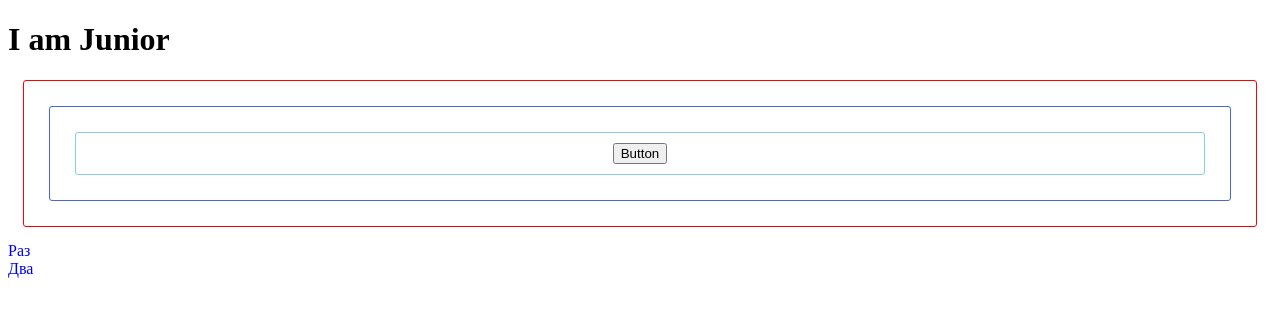
Repository: Fin433/project0422
Page: index.html
An editor plug-in stored every save of this project. The page is shown before and after the next save, followed by the edit.
The browser window is 1280 px wide. The pictures show the whole page.

Above is the page before, as saved 2022-04-10 13:16:24.
Console error: SyntaxError: Identifier 'x' has already been declared

### index.html
<!DOCTYPE html>
<html lang="en">
<head>
	<meta charset="UTF-8">
	<meta http-equiv="X-UA-Compatible" content="IE=edge">
	<meta name="viewport" content="width=device-width, initial-scale=1.0">
	<title>Junior</title>
</head>
<body>
<h1>I am Junior</h1>

<!-- <div class="grandparent">
	<div class="parent">
			<div class="child">1</div>
	</div>
</div> -->

<div onclick="clickFunc(event)" style="text-align: center; margin: 15px;
border: 1px solid red; border-radius: 3px;">
    <div style="margin: 25px; border: 1px solid royalblue; border-radius: 3px;">
        <div style="margin: 25px; border: 1px solid skyblue; border-radius: 3px;">
            <button style="margin: 10px">
                Button
            </button>
        </div>
    </div>
</div>

<style>
	.green { color: green; }
	.blue { color: blue; }
	</style>
	<div class="green blue">Раз</div>
	<div class="blue green">Два</div>
</body>
<script src="/index.js"></script>
</html>

### index.js
function b(x, y, a) {
  arguments[2] = 10;
  alert(a);
}
// b(1, 2, 3); // 10

console.log(false == undefined); // false
console.log(false == null);  // false
console.log(null == undefined);  // true
// Пояснение: == сравнивает на равенство и не проверяет идентичность типов, поэтому в третьей строке кода в консоль будет выведено значение true.
const numbers = [1, 2, 3, 4, 5];
const [y] = numbers;
console.log(y); // 1
// Пояснение: В данном примере выполнена деструктуризация. По умолчанию переменной у присваивается значение первого элемента массива.
let x = 3;
function fn() {
    x = 10;
    return;
    function x() {}
}

fn();
console.log(x);

// 81, 73, 52, 42, 34, 22, 18, ...


// function addEvent(el, event, callback, isCapture = false) {
// 	if (!el || !event || !callback || typeof callback !== 'function') return

// 	if (typeof el === 'string') {
// 			el = document.querySelector(el);
// 	}
// 	el.addEventListener(event, callback, isCapture)
// }

// addEvent(document, 'DOMContentLoaded', () => {
// 	const child = document.querySelector('.child')
// 	const parent = document.querySelector('.parent')
// 	const grandparent = document.querySelector('.grandparent')

// 	addEvent(child, 'click', function(e) {
// 			console.log('child');
// 	}, true)

// 	addEvent(parent, 'click', function(e) {
// 			console.log('parent')
// 	}, true)

// 	addEvent(grandparent, 'click', function(e) {
// 			console.log('grandparent')
// 	}, true)

// 	addEvent('html', 'click', function(e) {
// 			console.log('html')
// 	}, true)

// 	addEvent(document, 'click', function(e) {
// 			console.log('document')
// 	}, true)

// 	addEvent(window, 'click', function(e) {
// 			console.log('window')
// 	}, true)
// })

function clickFunc(event) {
	console.log(event.currentTarget)
	console.log(event.target)
}
const fff = 888 + "fsg";
const ddd = fff +'';
const eee = fff.toString();
console.log(fff.toString(2));
// console.log(fff +'');
console.log(typeof ddd);
console.log(typeof eee);
console.log(eee);

let xxx = 5;
let yyy = 5;
console.log(xxx == yyy)
console.log(equal(xxx, yyy))


let x = 5

x = (x++, x = addFive(x), x *= 2, x -= 5, x += 10)

function addFive(num) {
    return num + 5
}

console.log(addFive(x))
console.log(x)

After the next save:
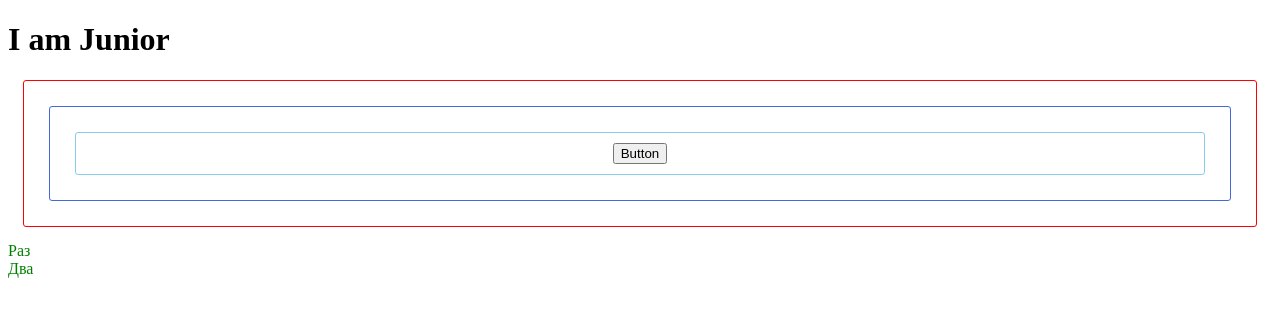
Saved 5 min 22 s later.
--- a/index.html
+++ b/index.html
@@ -27,8 +27,8 @@ border: 1px solid red; border-radius: 3px;">
 </div>
 
 <style>
-	.green { color: green; }
-	.blue { color: blue; }
+	.green { color: blue; }
+	.blue { color: green; }
 	</style>
 	<div class="green blue">Раз</div>
 	<div class="blue green">Два</div>
